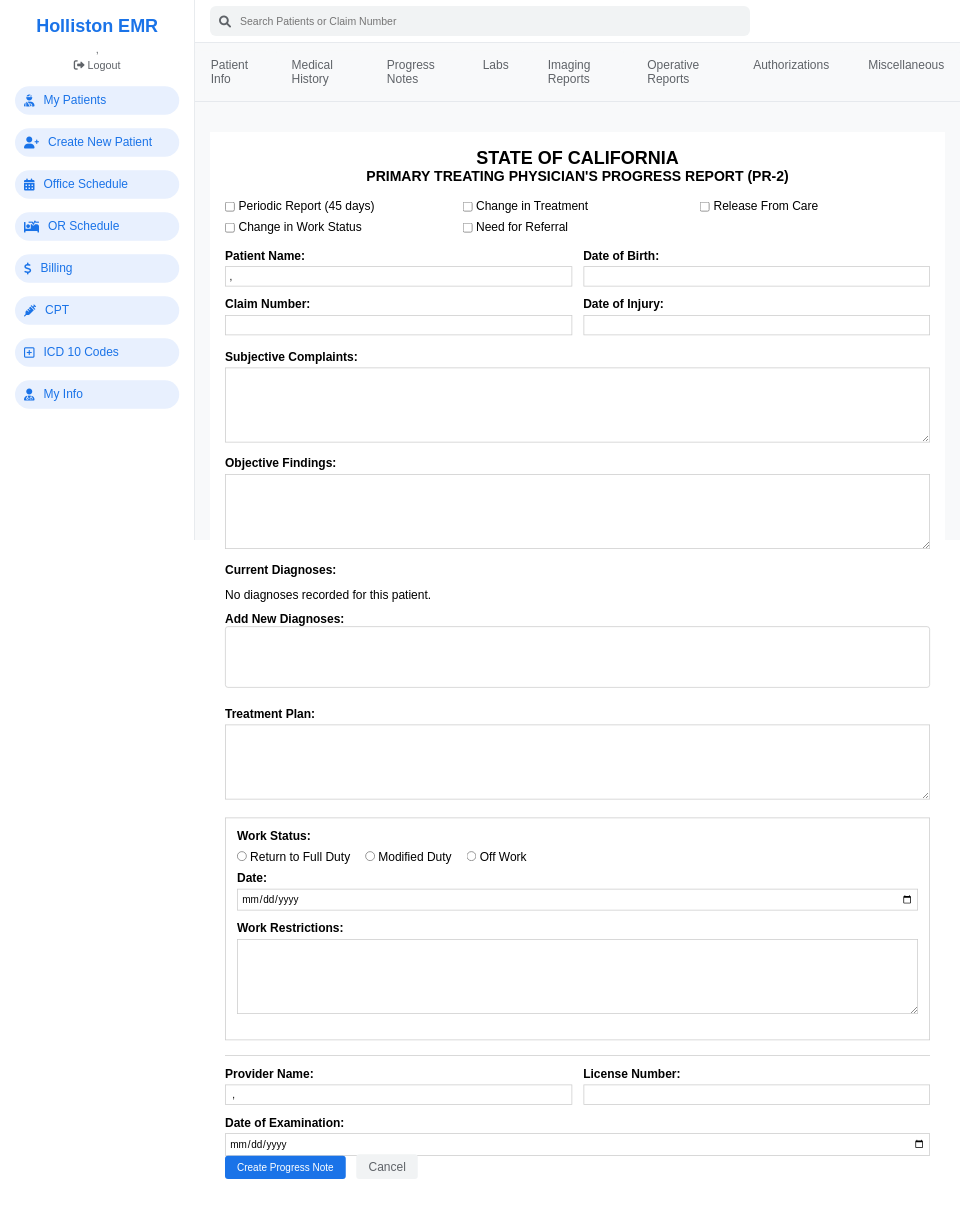
Repository: DavidG626/Flask-Project
Page: templates/create_progress_note.html
These files come from the project's save history. The page is drawn as it stood at one moment and after the next save; the edit follows.
The browser window is 1280 px wide. The pictures show the whole page, at 75% of full size.
Some web libraries are served in a nearby version. The template is drawn by Flask 3. The application's start-up code is not run. The template is opened directly, without the code that normally fills it, so the values that code supplies are empty.

Above is the page before, as saved 2025-02-10 12:35:10.
Console error: ReferenceError: $ is not defined

After the next save:
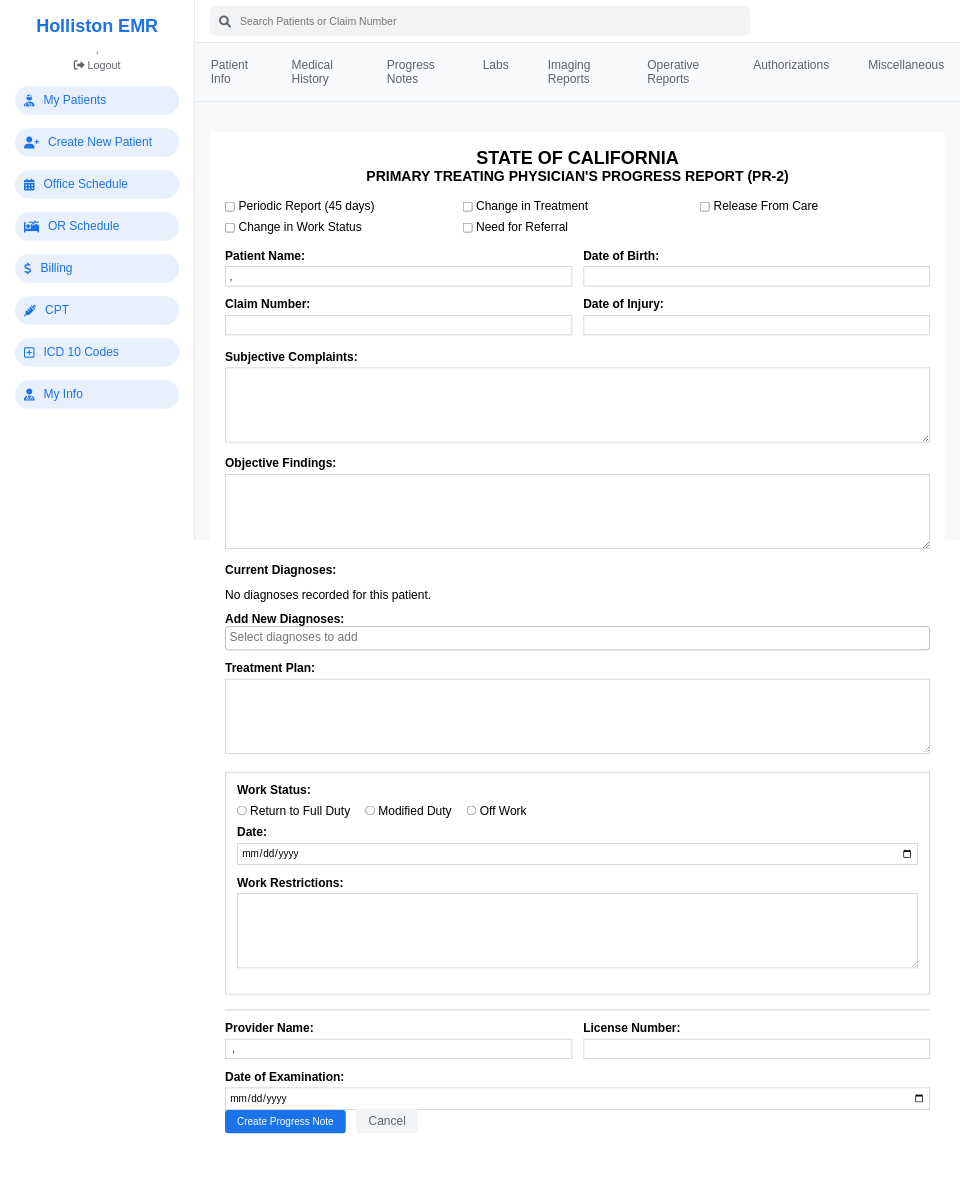
The error is gone.
Saved 21 s later.
--- a/templates/create_progress_note.html
+++ b/templates/create_progress_note.html
@@ -7,6 +7,9 @@
    <link rel="stylesheet" type="text/css" href="/static/dashboard.css">
    <link rel="stylesheet" type="text/css" href="/static/patient_info.css">
    <link rel="stylesheet" type="text/css" href="/static/pr2.css">
+   <link href="https://cdn.jsdelivr.net/npm/select2@4.1.0-rc.0/dist/css/select2.min.css" rel="stylesheet" />
+<script src="https://cdn.jsdelivr.net/npm/jquery@3.6.0/dist/jquery.min.js"></script>
+<script src="https://cdn.jsdelivr.net/npm/select2@4.1.0-rc.0/dist/js/select2.min.js"></script>
    <link href="https://cdnjs.cloudflare.com/ajax/libs/font-awesome/6.0.0/css/all.min.css" rel="stylesheet">
 </head>
 <body>
